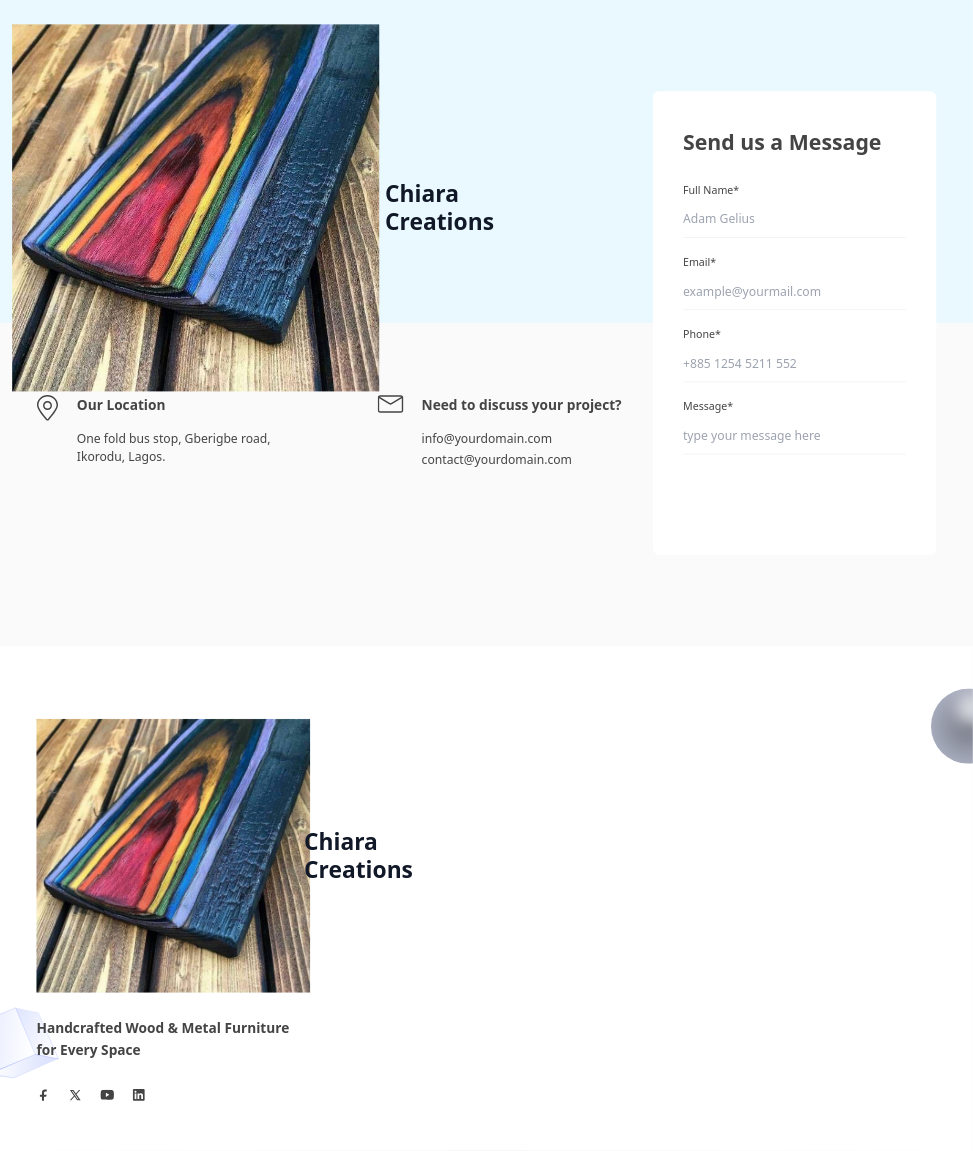
Repository: SuezDevelopment/chiara_creations
Page: /
The author's editor kept a copy of each file at every save. The page is drawn from the files as they stood at one save, then again after the next save.
The browser window is 1280 px wide. The pictures show the whole page, at 76% of full size.
The project was rebuilt for these pictures with package versions that can differ from the ones it lists, and the page was loaded fresh each time. The framework's server and built-in components were replaced by stand-ins that run in the browser. Also part of the build but not shown: next.config.mjs.

Above is the page before, as saved 2024-03-07 13:19:24.

### src/pages/_app.tsx
import 'tailwindcss/tailwind.css';
import "@/styles/globals.css";
import type { AppProps } from "next/app";

import {memo} from 'react';

const MyApp = memo(({Component, pageProps}: AppProps): JSX.Element => {
  return (
    <>
      <Component {...pageProps} />
    </>
  );
});

export default MyApp;

### src/pages/_document.tsx
import { Html, Head, Main, NextScript } from "next/document";

export default function Document() {
  return (
    <Html lang="en">
      <Head>
        <meta charSet="utf-8" />

        <meta content="notranslate" name="google" />
      </Head>
      <body>
        <Main />
        <NextScript />
      </body>
    </Html>
  );
}

### src/pages/index.tsx
import Image from "next/image";
import { Inter } from "next/font/google";
import Page from "@/components/layout/page";
import { homePageMeta } from "@/data/data";
import Header from "@/components/ui/header";
import Contact from "@/components/ui/contact";
import Footer from "@/components/ui/footer";

export default function Home() {
  const {title, description} = homePageMeta;
  return (
    <Page title={title} description={description}>
      <Header />
      <Contact />
      <Footer />
    </Page>
  );
}

### src/styles/globals.css
@tailwind base;
@tailwind components;
@tailwind utilities;

@layer utilities {
  /* Chrome, Safari and Opera */
  .no-scrollbar::-webkit-scrollbar {
    display: none;
  }

  .no-scrollbar {
    -ms-overflow-style: none; /* IE and Edge */
    scrollbar-width: none; /* Firefox */
  }
}

@supports (-webkit-touch-callout: none) {
  .h-screen {
    height: -webkit-fill-available;
  }
}

* {
  -webkit-font-smoothing: antialiased;
  -moz-osx-font-smoothing: grayscale;
}

html {
  -webkit-tap-highlight-color: transparent;
  scroll-behavior: smooth;
  height: 100vh;
}

body {
  position: relative;
  width: 100%;
  color: #444444;
  font-family: system-ui, -apple-system, BlinkMacSystemFont, 'Segoe UI', Ubuntu, 'Helvetica Neue', sans-serif;
  background-color: #fafafa;
}

td,
th {
  padding: 4px 8px 4px 4px;
  text-align: left;
}

th {
  font-weight: 600;
}

### src/components/layout/page.tsx
import { HomepageMeta } from '@/data/types';
import {NextPage} from 'next';
import Head from 'next/head';
import {useRouter} from 'next/router';
import {memo, PropsWithChildren} from 'react';


const Page: NextPage<PropsWithChildren<HomepageMeta>> = memo(({children, title, description}) => {
    const router = useRouter();
    const {asPath: pathname} = useRouter();
    return (
        <>
            <Head>
                <title>{title}</title>
                <meta name="description" content={description} />

                 {/* several domains list the same content, make sure google knows we mean this one. */}
                <link href={`https://chiara-creations.vercel.app${pathname}`} key="canonical" rel="canonical" />
                <link href="/favicon.ico" rel="icon" sizes="any" />

                <link href="/icon.svg" rel="icon" type="image/svg+xml" />

                <link href="/apple-touch-icon.png" rel="apple-touch-icon" />

                <link href="/site.webmanifest" rel="manifest" />

                {/* Open Graph : https://ogp.me/ */}
                <meta content={title} property="og:title" />
                <meta content={description} property="og:description" />
                <meta content={`https://chiara-creations.vercel.app${pathname}`} property="og:url" />

                <meta content={title} name="twitter:title" />
                <meta content={description} name="twitter:description" />
            </Head>
            <main>
                {children}
            </main>
        </>
    )
});

Page.displayName = 'Page';
export default Page;

### src/data/data.ts
import { HomepageMeta, Service } from "./types";

export const homePageMeta: HomepageMeta = {
  title:
    "Chiara Creations - Handcrafted Wood & Metal Furniture for Every Space",
  description:
    "With a focus on quality craftsmanship and innovative design, we cater to various sectors including residential, commercial, and industrial clients.",
};

export const services: Service[] = [
  {
    name: "Wooden Furniture",
    description:
      "At Chiara creations,our wooden furniture range includes but is not limited to tables, chairs, doors,cabinets, shelves, closets,bed frames, and custom-designed pieces.",
  },
  {
    name: "Metal Furniture",
    description:
      "We also manufacture metal furniture such as steel-framed tables, chairs, desks, shelves, armored doors, security doors , regular doors and industrial-style furniture for modern living spaces.",
  },
  {
    name: "Custom Fabrication",
    description:
      "We provide bespoke fabrication services, collaborating closely with clients to create custom wood and metal products tailored to their specific requirements.",
  },
  {
    name: "Interior Design Solutions",
    description:
      "Our team here at Chiara creations offers comprehensive interior design solutions, integrating our furniture pieces into cohesive interior spaces for homes, offices, restaurants, and other commercial establishments.",
  },
  {
    name: "Consultation and Installation",
    description:
      "From initial consultation to final installation, we ensure a seamless process, guiding clients through every step of the project to achieve their desired outcome.",
  },
];

### src/components/ui/header.tsx
"use client";
import Image from "next/image";
import Link from "next/link";
import { usePathname } from "next/navigation";
// import ThemeToggler from "./ThemeToggler";
// import menuData from "./menuData";
import { useState, useEffect, SetStateAction, ReactElement, JSXElementConstructor, ReactNode, PromiseLikeOfReactNode, Key, ReactPortal } from "react";
import { UrlObject } from "url";


const menuData: { path: string | UrlObject; title: string | number | boolean | PromiseLikeOfReactNode | ReactElement<any, string | JSXElementConstructor<any>> | Iterable<ReactNode> | null | undefined; submenu: any[]; }[] = [

];

const Header = () => {
  // Navbar toggle
  const [navbarOpen, setNavbarOpen] = useState(false);
  const navbarToggleHandler = () => {
    setNavbarOpen(!navbarOpen);
  };

  // Sticky Navbar
  const [sticky, setSticky] = useState(false);
  const handleStickyNavbar = () => {
    if (window.scrollY >= 80) {
      setSticky(true);
    } else {
      setSticky(false);
    }
  };
  useEffect(() => {
    window.addEventListener("scroll", handleStickyNavbar);
  });

  // submenu handler
  const [openIndex, setOpenIndex] = useState(-1);
  const handleSubmenu = (index: number) => {
    if (openIndex === index) {
      setOpenIndex(-1);
    } else {
      setOpenIndex(index);
    }
  };

  const usePathName = usePathname();

  return (
    <>
      <header
        className={`header left-0 right-0 top-0 z-40 flex w-full items-center mb-10 ${
          sticky
            ? "dark:bg-gray-dark dark:shadow-sticky-dark fixed z-[9999] bg-white !bg-opacity-80 shadow-sticky backdrop-blur-sm transition"
            : "absolute bg-transparent"
        }`}
      >
        <div className="container">
          <div className="relative mx-4 flex items-center justify-between">
            <div className="w-full max-w-full px-4 xl:mr-12 relative z-20 flex justify-between md:px-0 lg:w-max">
              <Link
                href="/"
                className={`header-logo w-full flex items-center space-x-2 ${
                  sticky ? "py-5 lg:py-2" : "py-8"
                } `}
              >
                <Image
                  src="/images/logo.png"
                  alt="logo"
                  width={50}
                  height={30}
                  className="w-full dark:hidden"
                />
                <Image
                  src="/images/logo.png"
                  alt="logo"
                  width={50}
                  height={30}
                  className="hidden w-full dark:block"
                />
              <span className="text-2xl sm:text-xl md:text-3xl font-bold text-gray-900 dark:text-gray">Chiara Creations</span>
              </Link>
            </div>
            <div className="flex w-full items-center justify-between px-4">
              <div>
                <button
                  onClick={navbarToggleHandler}
                  id="navbarToggler"
                  aria-label="Mobile Menu"
                  className="absolute right-4 top-1/2 block translate-y-[-50%] rounded-lg px-3 py-[6px] ring-primary focus:ring-2 lg:hidden"
                >
                  <span
                    className={`relative my-1.5 block h-0.5 w-[30px] bg-black transition-all duration-300 dark:bg-white ${
                      navbarOpen ? " top-[7px] rotate-45" : " "
                    }`}
                  />
                  <span
                    className={`relative my-1.5 block h-0.5 w-[30px] bg-black transition-all duration-300 dark:bg-white ${
                      navbarOpen ? "opacity-0 " : " "
                    }`}
                  />
                  <span
                    className={`relative my-1.5 block h-0.5 w-[30px] bg-black transition-all duration-300 dark:bg-white ${
                      navbarOpen ? " top-[-8px] -rotate-45" : " "
                    }`}
                  />
                </button>
                <nav
                  id="navbarCollapse"
                  className={`navbar absolute right-0 z-30 w-[250px] rounded border-[.5px] border-body-color/50 bg-white px-6 py-4 duration-300 dark:border-body-color/20 dark:bg-dark lg:visible lg:static lg:w-auto lg:border-none lg:!bg-transparent lg:p-0 lg:opacity-100 ${
                    navbarOpen
                      ? "visibility top-full opacity-100"
                      : "invisible top-[120%] opacity-0"
                  }`}
                >
                  <ul className="block lg:flex lg:space-x-12">
                    {menuData.map((menuItem: { path: string | UrlObject; title: string | number | boolean | ReactElement<any, string | JSXElementConstructor<any>> | Iterable<ReactNode> | PromiseLikeOfReactNode | null | undefined; submenu: any[]; }, index: any | null | undefined) => (
                      <li key={index} className="group relative">
                        {menuItem.path ? (
                          <Link
                            href={menuItem.path}
                            className={`flex py-2 text-base lg:mr-0 lg:inline-flex lg:px-0 lg:py-6 ${
                              usePathName === menuItem.path
                                ? "text-primary dark:text-white"
                                : "text-dark hover:text-primary dark:text-white/70 dark:hover:text-white"
                            }`}
                          >
                            {menuItem.title}
                          </Link>
                        ) : (
                          <>
                            <p
                              onClick={() => handleSubmenu(index)}
                              className="flex cursor-pointer items-center justify-between py-2 text-base text-dark group-hover:text-primary dark:text-white/70 dark:group-hover:text-white lg:mr-0 lg:inline-flex lg:px-0 lg:py-6"
                            >
                              {menuItem.title}
                              <span className="pl-3">
                                <svg width="25" height="24" viewBox="0 0 25 24">
                                  <path
                                    fillRule="evenodd"
                                    clipRule="evenodd"
                                    d="M6.29289 8.8427C6.68342 8.45217 7.31658 8.45217 7.70711 8.8427L12 13.1356L16.2929 8.8427C16.6834 8.45217 17.3166 8.45217 17.7071 8.8427C18.0976 9.23322 18.0976 9.86639 17.7071 10.2569L12 15.964L6.29289 10.2569C5.90237 9.86639 5.90237 9.23322 6.29289 8.8427Z"
                                    fill="currentColor"
                                  />
                                </svg>
                              </span>
                            </p>
                            <div
                              className={`submenu relative left-0 top-full rounded-sm bg-white transition-[top] duration-300 group-hover:opacity-100 dark:bg-dark lg:invisible lg:absolute lg:top-[110%] lg:block lg:w-[250px] lg:p-4 lg:opacity-0 lg:shadow-lg lg:group-hover:visible lg:group-hover:top-full ${
                                openIndex === index ? "block" : "hidden"
                              }`}
                            >
                              {menuItem.submenu.map((submenuItem: { path: string | UrlObject; title: string | number | boolean | ReactElement<any, string | JSXElementConstructor<any>> | Iterable<ReactNode> | ReactPortal | PromiseLikeOfReactNode | null | undefined; }, index: Key | null | undefined) => (
                                <Link
                                  href={submenuItem.path}
                                  key={index}
                                  className="block rounded py-2.5 text-sm text-dark hover:text-primary dark:text-white/70 dark:hover:text-white lg:px-3"
                                >
                                  {submenuItem.title}
                                </Link>
                              ))}
                            </div>
                          </>
                        )}
                      </li>
                    ))}
                  </ul>
                </nav>
              </div>

            </div>
          </div>
        </div>
      </header>
    </>
  );
};

export default Header;

### src/components/ui/contact.tsx
const Contact = () => {
    return (
      <section id="contact" className="relative py-40 md:py-[120px]">
        <div className="absolute left-0 top-0 -z-[1] h-full w-full dark:bg-dark"></div>
        <div className="absolute left-0 top-0 -z-[1] h-1/2 w-full bg-[#E9F9FF] dark:bg-dark-700 lg:h-[45%] xl:h-1/2"></div>
        <div className="container px-4">
          <div className="mx-4 flex flex-wrap items-center">
            <div className="w-full px-4 lg:w-7/12 xl:w-8/12">
              <div className="ud-contact-content-wrapper">
                <div className="ud-contact-title mb-12 lg:mb-[150px]">
                  <span className="mb-6 block text-base font-medium text-dark">
                    CONTACT US
                  </span>
                  <h2 className="max-w-[360px] text-[35px] font-bold leading-[1.14] text-dark">
                    Let Chiara Creations transform your space.
                  </h2>
                </div>
                <div className="mb-12 flex flex-wrap justify-between lg:mb-0">
                  <div className="mb-8 flex w-[330px] max-w-full">
                    <div className="mr-6 text-[32px] text-primary">
                      <svg
                        width="29"
                        height="35"
                        viewBox="0 0 29 35"
                        className="fill-current font-extrabold"
                      >
                        <path d="M14.5 0.710938C6.89844 0.710938 0.664062 6.72656 0.664062 14.0547C0.664062 19.9062 9.03125 29.5859 12.6406 33.5234C13.1328 34.0703 13.7891 34.3437 14.5 34.3437C15.2109 34.3437 15.8672 34.0703 16.3594 33.5234C19.9688 29.6406 28.3359 19.9062 28.3359 14.0547C28.3359 6.67188 22.1016 0.710938 14.5 0.710938ZM14.9375 32.2109C14.6641 32.4844 14.2812 32.4844 14.0625 32.2109C11.3828 29.3125 2.57812 19.3594 2.57812 14.0547C2.57812 7.71094 7.9375 2.625 14.5 2.625C21.0625 2.625 26.4219 7.76562 26.4219 14.0547C26.4219 19.3594 17.6172 29.2578 14.9375 32.2109Z" />
                        <path d="M14.5 8.58594C11.2734 8.58594 8.59375 11.2109 8.59375 14.4922C8.59375 17.7188 11.2187 20.3984 14.5 20.3984C17.7812 20.3984 20.4062 17.7734 20.4062 14.4922C20.4062 11.2109 17.7266 8.58594 14.5 8.58594ZM14.5 18.4297C12.3125 18.4297 10.5078 16.625 10.5078 14.4375C10.5078 12.25 12.3125 10.4453 14.5 10.4453C16.6875 10.4453 18.4922 12.25 18.4922 14.4375C18.4922 16.625 16.6875 18.4297 14.5 18.4297Z" />
                      </svg>
                    </div>
                    <div>
                      <h3 className="mb-[18px] text-lg font-semibold text-dark">
                        Our Location
                      </h3>
                      <p className="text-base text-body-color dark:text-dark-6">
                        One fold bus stop, Gberigbe road, Ikorodu, Lagos.
                      </p>
                    </div>
                  </div>
                  <div className="mb-8 flex w-[330px] max-w-full">
                    <div className="mr-6 text-[32px] text-primary">
                      <svg
                        width="34"
                        height="25"
                        viewBox="0 0 34 25"
                        className="fill-current font-extrabold"
                      >
                        <path d="M30.5156 0.960938H3.17188C1.42188 0.960938 0 2.38281 0 4.13281V20.9219C0 22.6719 1.42188 24.0938 3.17188 24.0938H30.5156C32.2656 24.0938 33.6875 22.6719 33.6875 20.9219V4.13281C33.6875 2.38281 32.2656 0.960938 30.5156 0.960938ZM30.5156 2.875C30.7891 2.875 31.0078 2.92969 31.2266 3.09375L17.6094 11.3516C17.1172 11.625 16.5703 11.625 16.0781 11.3516L2.46094 3.09375C2.67969 2.98438 2.89844 2.875 3.17188 2.875H30.5156ZM30.5156 22.125H3.17188C2.51562 22.125 1.91406 21.5781 1.91406 20.8672V5.00781L15.0391 12.9922C15.5859 13.3203 16.1875 13.4844 16.7891 13.4844C17.3906 13.4844 17.9922 13.3203 18.5391 12.9922L31.6641 5.00781V20.8672C31.7734 21.5781 31.1719 22.125 30.5156 22.125Z" />
                      </svg>
                    </div>
                    <div>
                      <h3 className="mb-[18px] text-lg font-semibold text-dark">
                        Need to discuss your project?
                      </h3>
                      <p className="text-base text-body-color dark:text-dark-6">
                        info@yourdomain.com
                      </p>
                      <p className="mt-1 text-base text-body-color dark:text-dark-6">
                        contact@yourdomain.com
                      </p>
                    </div>
                  </div>
                </div>
              </div>
            </div>
            <div className="w-full px-4 lg:w-5/12 xl:w-4/12">
              <div
                className="wow fadeInUp rounded-lg bg-white px-8 py-10 shadow-testimonial dark:bg-dark-2 dark:shadow-none sm:px-10 sm:py-12 md:p-[60px] lg:p-10 lg:px-10 lg:py-12 2xl:p-[60px]"
                data-wow-delay=".2s
                "
              >
                <h3 className="mb-8 text-2xl font-semibold text-dark md:text-[28px] md:leading-[1.42]">
                  Send us a Message
                </h3>
                <form>
                  <div className="mb-[22px]">
                    <label
                      htmlFor="fullName"
                      className="mb-4 block text-sm text-body-color dark:text-dark-6"
                    >
                      Full Name*
                    </label>
                    <input
                      type="text"
                      name="fullName"
                      placeholder="Adam Gelius"
                      className="w-full border-0 border-b border-[#f1f1f1] bg-transparent pb-3 text-dark placeholder:text-body-color/60 focus:border-primary focus:outline-none dark:border-dark-3"
                    />
                  </div>
                  <div className="mb-[22px]">
                    <label
                      htmlFor="email"
                      className="mb-4 block text-sm text-body-color dark:text-dark-6"
                    >
                      Email*
                    </label>
                    <input
                      type="email"
                      name="email"
                      placeholder="example@yourmail.com"
                      className="w-full border-0 border-b border-[#f1f1f1] bg-transparent pb-3 text-dark placeholder:text-body-color/60 focus:border-primary focus:outline-none dark:border-dark-3"
                    />
                  </div>
                  <div className="mb-[22px]">
                    <label
                      htmlFor="phone"
                      className="mb-4 block text-sm text-body-color dark:text-dark-6"
                    >
                      Phone*
                    </label>
                    <input
                      type="text"
                      name="phone"
                      placeholder="+885 1254 5211 552"
                      className="w-full border-0 border-b border-[#f1f1f1] bg-transparent pb-3 text-dark placeholder:text-body-color/60 focus:border-primary focus:outline-none dark:border-dark-3"
                    />
                  </div>
                  <div className="mb-[30px]">
                    <label
                      htmlFor="message"
                      className="mb-4 block text-sm text-body-color dark:text-dark-6"
                    >
                      Message*
                    </label>
                    <textarea
                      name="message"
                      rows={1}
                      placeholder="type your message here"
                      className="w-full resize-none border-0 border-b border-[#f1f1f1] bg-transparent pb-3 text-dark placeholder:text-body-color/60 focus:border-primary focus:outline-none dark:border-dark-3"
                    ></textarea>
                  </div>
                  <div className="mb-0">
                    <button
                      type="submit"
                      className="inline-flex items-center justify-center rounded-md bg-primary px-10 py-3 text-base font-medium text-white transition duration-300 ease-in-out hover:bg-primary/90"
                    >
                      Send
                    </button>
                  </div>
                </form>
              </div>
            </div>
          </div>
        </div>
      </section>
    );
  };

  export default Contact;

Loaded but not shown: tailwind.config.ts (common file); src/components/ui/footer.tsx (332 lines, source omitted)

After the next save:
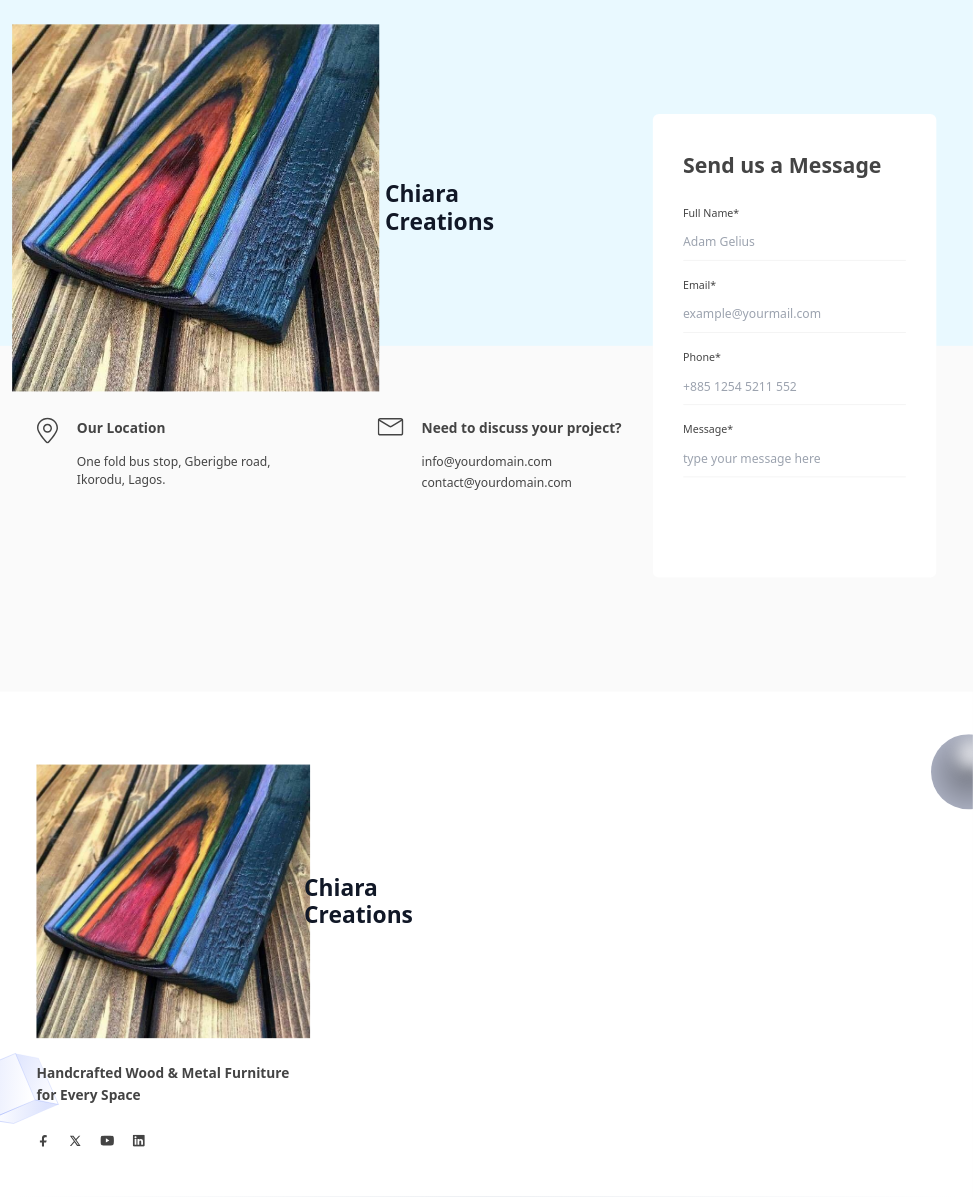
Saved 17 s later.
--- a/src/components/ui/contact.tsx
+++ b/src/components/ui/contact.tsx
@@ -1,6 +1,6 @@
 const Contact = () => {
     return (
-      <section id="contact" className="relative py-40 md:py-[120px]">
+      <section id="contact" className="relative py-40 md:py-[150px]">
         <div className="absolute left-0 top-0 -z-[1] h-full w-full dark:bg-dark"></div>
         <div className="absolute left-0 top-0 -z-[1] h-1/2 w-full bg-[#E9F9FF] dark:bg-dark-700 lg:h-[45%] xl:h-1/2"></div>
         <div className="container px-4">
